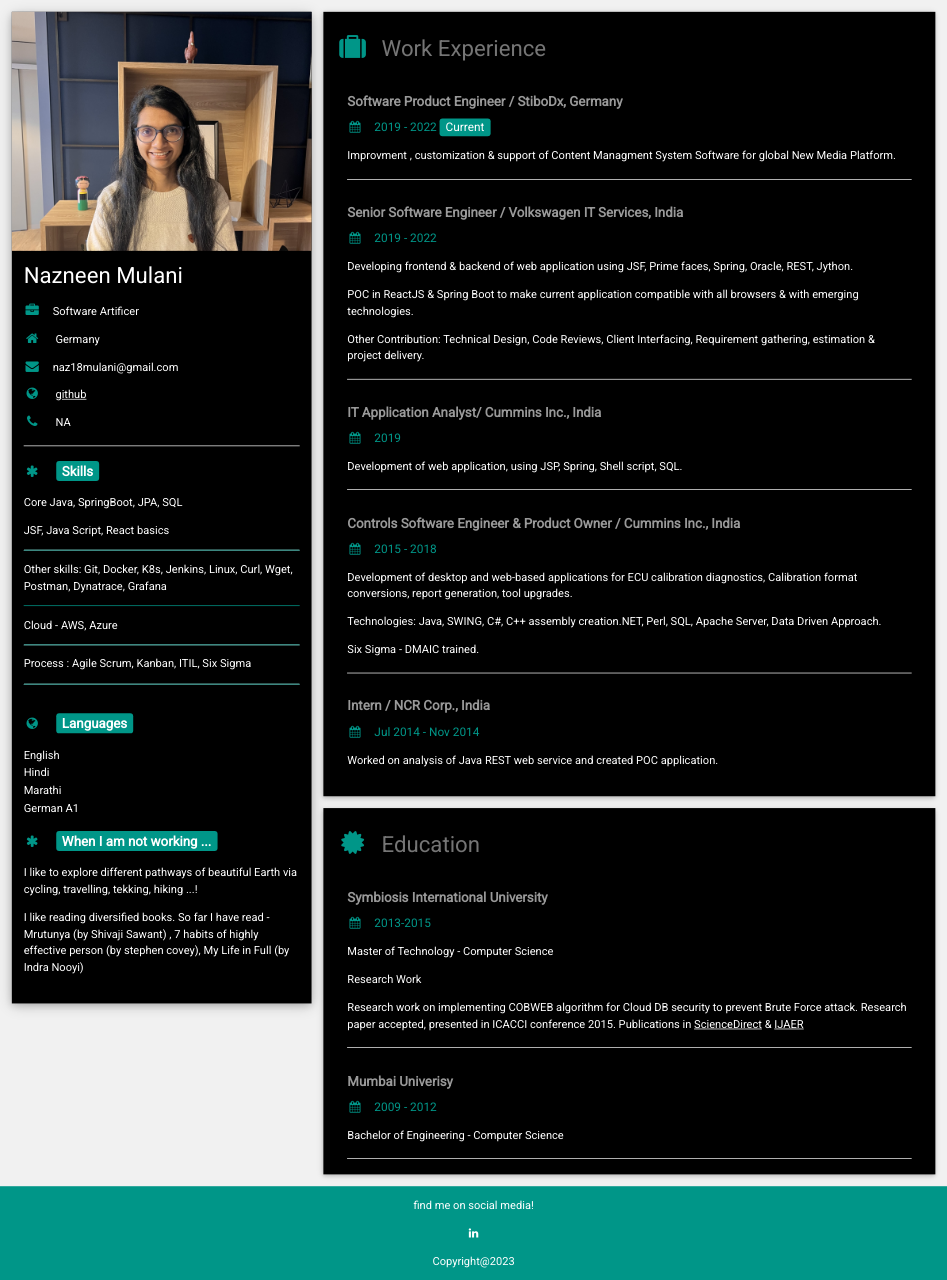
Repository: nazneenprojects/nazneen.github.io
Page: index.html
The author's editor kept a copy of each file at every save. The page is drawn from the files as they stood at one save, then again after the next save.
The browser window is 1280 px wide. The pictures show the whole page, at 74% of full size.

Above is the page before, as saved 2023-07-09 12:01:55.

### index.html
<!DOCTYPE html>
<html>
<title>Nazneen Portfolio</title>
<meta charset="UTF-8">
<meta name="viewport" content="width=device-width, initial-scale=1">
<link rel="stylesheet" href="https://www.w3schools.com/w3css/4/w3.css">
<link rel='stylesheet' href='https://fonts.googleapis.com/css?family=Roboto'>
<link rel="stylesheet" href="https://cdnjs.cloudflare.com/ajax/libs/font-awesome/4.7.0/css/font-awesome.min.css">
<style>
html,body,h1,h2,h3,h4,h5,h6 {font-family: "Roboto", sans-serif}
</style>
<body class="w3-light-grey">

<!-- Page Container -->
<div class="w3-content w3-margin-top" style="max-width:1400px;">

  <!-- The Grid -->
  <div class="w3-row-padding">

    <!-- Left Column -->
    <div class="w3-third">

      <div class="w3-black w3-text-white w3-card-4">
        <div class="w3-display-container">
          <img src="IMG_NazneenM.JPG" style="width:100%" alt="Avatar">
          <div class="w3-display-bottomleft w3-container w3-text-black">
          </div>
        </div>
        <div class="w3-container">
          <h2>Nazneen Mulani</h2>
          <p><i class="fa fa-briefcase fa-fw w3-margin-right w3-large w3-text-teal"></i>Software Artificer</p>
          <p><i class="fa fa-home fa-fw w3-margin-right w3-large w3-text-teal"></i> Germany </p>
          <p><i class="fa fa-envelope fa-fw w3-margin-right w3-large w3-text-teal"></i>naz18mulani@gmail.com</p>
          <p><i class="fa fa-globe fa-fw w3-margin-right w3-large w3-text-teal"></i>
          <a href="https://github.com/nazneenprojects">github</a>
          </p>
          <p><i class="fa fa-phone fa-fw w3-margin-right w3-large w3-text-teal"></i> NA </p>
          <hr>

          <p class="w3-large"><b><i class="fa fa-asterisk fa-fw w3-margin-right w3-text-teal"></i> <span class="w3-tag w3-teal w3-round">Skills</span></b></p>
          <p>Core Java, SpringBoot, JPA, SQL</p>

          <p>JSF, Java Script, React basics</p>
          <div class="w3-light-grey w3-round-xlarge w3-small">
            <div class="w3-container w3-center w3-round-xlarge w3-teal" style="width:100%">
            </div>
          </div>
          <p>Other skills: Git, Docker, K8s, Jenkins, Linux, Curl, Wget, Postman, Dynatrace, Grafana</p>
          <div class="w3-light-grey w3-round-xlarge w3-small">
            <div class="w3-container w3-center w3-square-xlarge w3-teal" style="width:100%">
           </div>
          </div>
          <p>Cloud - AWS, Azure</p>
          <div class="w3-light-grey w3-round-xlarge w3-small">
            <div class="w3-container w3-center w3-round-xlarge w3-teal" style="width:100%">
            </div>
          </div>
          <p>Process : Agile Scrum, Kanban, ITIL, Six Sigma</p>
          <div class="w3-light-grey w3-round-xlarge w3-small">
            <div class="w3-container w3-center w3-round-xlarge w3-teal" style="width:100%">
            </div>
          </div>
          <br>

          <p class="w3-large w3-text-theme"><b><i class="fa fa-globe fa-fw w3-margin-right w3-text-teal"></i> <span class="w3-tag w3-teal w3-round">Languages</span></b></p>

          <div class="w3-light-grey w3-round-xlarge">
            <div class="w3-square-xlarge w3-black" style="height:24px;width:100%">English</div>
          </div>

          <div class="w3-light-grey w3-round-xlarge">
            <div class="w3-square-xlarge w3-black" style="height:24px;width:100%">Hindi</div>
          </div>

          <div class="w3-light-grey w3-round-xlarge">
            <div class="w3-square-xlarge w3-black" style="height:24px;width:100%">Marathi</div>
          </div>

          <div class="w3-light-grey w3-round-xlarge">
            <div class="w3-square-xlarge w3-black" style="height:24px;width:100%">German A1</div>
          </div>

          <p class="w3-large"><b><i class="fa fa-asterisk fa-fw w3-margin-right w3-text-teal"></i> <span class="w3-tag w3-teal w3-round">When I am not working ...</span></b></p>
          <p>I like to explore different pathways of beautiful Earth via cycling, travelling, tekking, hiking ...!  </p>
          <p>I like reading diversified books. So far I have read - Mrutunya (by Shivaji Sawant) , 7 habits of highly effective person (by stephen covey), My Life in Full (by Indra Nooyi)   </p>

          <br>
        </div>
      </div><br>

    <!-- End Left Column -->
    </div>

    <!-- Right Column -->
    <div class="w3-twothird">

      <div class="w3-container w3-card w3-black w3-margin-bottom">
        <h2 class="w3-text-grey w3-padding-16"><i class="fa fa-suitcase fa-fw w3-margin-right w3-xxlarge w3-text-teal"></i>Work Experience</h2>
        <div class="w3-container">
          <h5 class="w3-opacity"><b>Software Product Engineer / StiboDx, Germany</b></h5>
          <h6 class="w3-text-teal"><i class="fa fa-calendar fa-fw w3-margin-right"></i>2019 - 2022 <span class="w3-tag w3-teal w3-round">Current</span></h6>
          <p> Improvment , customization & support of Content Managment System Software for global New Media Platform.</p>
          <hr>
        </div>
        <div class="w3-container">
          <h5 class="w3-opacity"><b>Senior Software Engineer / Volkswagen IT Services, India</b></h5>
          <h6 class="w3-text-teal"><i class="fa fa-calendar fa-fw w3-margin-right"></i>2019 - 2022</h6>
          <p>Developing frontend & backend of web application using JSF, Prime faces, Spring, Oracle, REST, Jython.</p>
          <p>POC in ReactJS & Spring Boot to make current application compatible with all browsers & with emerging technologies.</p>
          <p>Other Contribution: Technical Design, Code Reviews, Client Interfacing, Requirement gathering, estimation & project delivery.</p>
          <hr>
        </div>
        <div class="w3-container">
          <h5 class="w3-opacity"><b>IT Application Analyst/ Cummins Inc., India</b></h5>
          <h6 class="w3-text-teal"><i class="fa fa-calendar fa-fw w3-margin-right"></i>2019 </h6>
          <p>Development of web application, using JSP, Spring, Shell script, SQL.</p>
          <hr>
        </div>
        <div class="w3-container">
          <h5 class="w3-opacity"><b>Controls Software Engineer & Product Owner / Cummins Inc., India</b></h5>
          <h6 class="w3-text-teal"><i class="fa fa-calendar fa-fw w3-margin-right"></i>2015 - 2018</h6>
          <p>Development of desktop and web-based applications for ECU calibration diagnostics, Calibration format conversions, report generation, tool upgrades.</p>
          <p>Technologies: Java, SWING, C#, C++ assembly creation.NET, Perl, SQL, Apache Server, Data Driven Approach.</p>
          <p>Six Sigma - DMAIC trained.</p>
          <hr>
        </div>
        <div class="w3-container">
          <h5 class="w3-opacity"><b>Intern / NCR Corp., India</b></h5>
          <h6 class="w3-text-teal"><i class="fa fa-calendar fa-fw w3-margin-right"></i>Jul 2014 - Nov 2014</h6>
          <p>Worked on analysis of Java REST web service and created POC application. </p><br>
        </div>
      </div>

      <div class="w3-container w3-card w3-black">
        <h2 class="w3-text-grey w3-padding-16"><i class="fa fa-certificate fa-fw w3-margin-right w3-xxlarge w3-text-teal"></i>Education</h2>
        <div class="w3-container">
          <h5 class="w3-opacity"><b> Symbiosis International University</b></h5>
          <h6 class="w3-text-teal"><i class="fa fa-calendar fa-fw w3-margin-right"></i>2013-2015</h6>
          <p>Master of Technology - Computer Science</p>
          <p>Research Work</p>
          <p>
            Research work on implementing COBWEB algorithm for Cloud DB security to prevent Brute Force attack. Research paper accepted, presented in ICACCI conference 2015. Publications in

            <a href="https://www.sciencedirect.com/science/article/pii/S1877050915005359">ScienceDirect</a> &
            <a href="https://www.ripublication.com/Volume/ijaerv10n12.htm">IJAER</a>
          </p>
          <hr>
        </div>
        <div class="w3-container">
          <h5 class="w3-opacity"><b>Mumbai Univerisy</b></h5>
          <h6 class="w3-text-teal"><i class="fa fa-calendar fa-fw w3-margin-right"></i>2009 - 2012</h6>
          <p>Bachelor of Engineering - Computer Science</p>
          <hr>
        </div>
      </div>

    <!-- End Right Column -->
    </div>

  <!-- End Grid -->
  </div>

  <!-- End Page Container -->
</div>

<footer class="w3-container w3-teal w3-center w3-margin-top">

  <p>find me on social media!</p>
  <a href="https://www.linkedin.com/in/nazneen-mulani-05004012a/"> <i class="fa fa-linkedin w3-hover-opacity"></i></a>
  <p>Copyright@2023</p>
 <!--
  <i class="fa fa-facebook-official w3-hover-opacity"></i>
  <i class="fa fa-instagram w3-hover-opacity"></i>
  <i class="fa fa-snapchat w3-hover-opacity"></i>
  <i class="fa fa-pinterest-p w3-hover-opacity"></i>
  <i class="fa fa-twitter w3-hover-opacity"></i>
  <p>Powered by <a href="https://www.w3schools.com/w3css/default.asp" target="_blank">w3.css</a></p>
 -->
</footer>

</body>
</html>

After the next save:
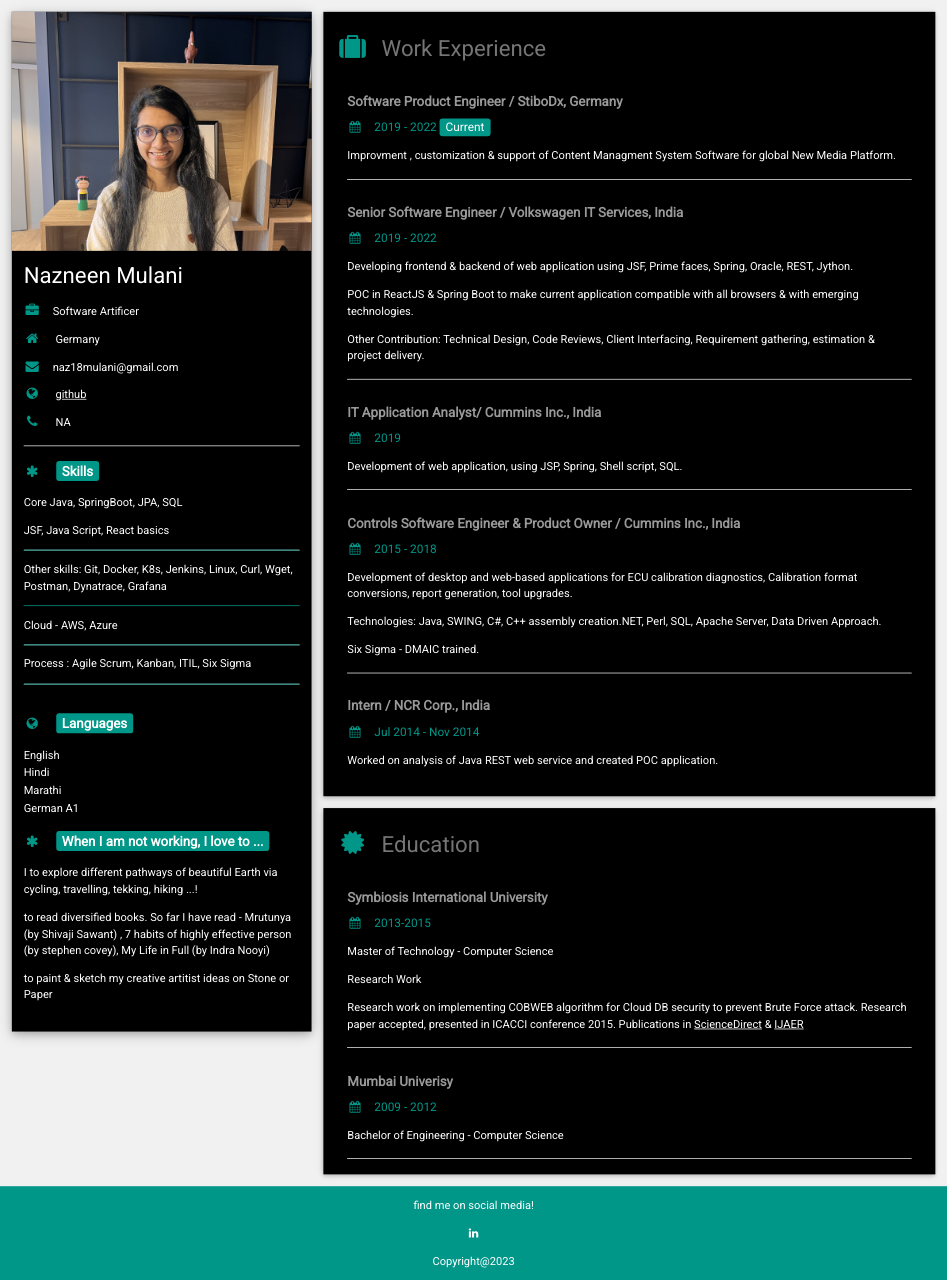
Saved 2 min 22 s later.
--- a/index.html
+++ b/index.html
@@ -80,10 +80,10 @@
             <div class="w3-square-xlarge w3-black" style="height:24px;width:100%">German A1</div>
           </div>
 
-          <p class="w3-large"><b><i class="fa fa-asterisk fa-fw w3-margin-right w3-text-teal"></i> <span class="w3-tag w3-teal w3-round">When I am not working ...</span></b></p>
-          <p>I like to explore different pathways of beautiful Earth via cycling, travelling, tekking, hiking ...!  </p>
-          <p>I like reading diversified books. So far I have read - Mrutunya (by Shivaji Sawant) , 7 habits of highly effective person (by stephen covey), My Life in Full (by Indra Nooyi)   </p>
-
+          <p class="w3-large"><b><i class="fa fa-asterisk fa-fw w3-margin-right w3-text-teal"></i> <span class="w3-tag w3-teal w3-round">When I am not working, I love to ...</span></b></p>
+          <p>I to explore different pathways of beautiful Earth via cycling, travelling, tekking, hiking ...!  </p>
+          <p>to read diversified books. So far I have read - Mrutunya (by Shivaji Sawant) , 7 habits of highly effective person (by stephen covey), My Life in Full (by Indra Nooyi)</p>
+          <p>to paint & sketch my creative artitist ideas on Stone or Paper   </p>
           <br>
         </div>
       </div><br>
